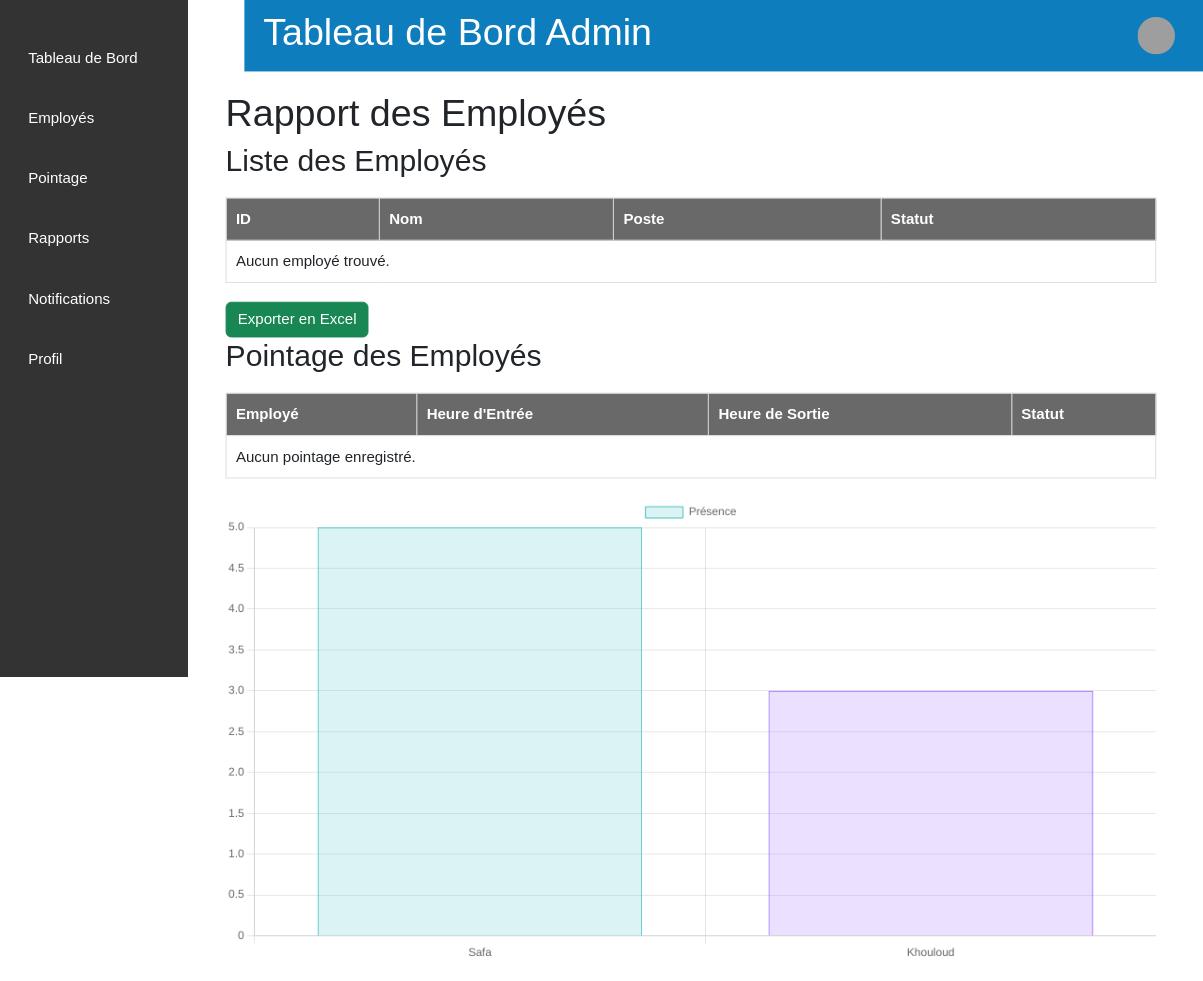
Repository: safa39652/projet-de-developpement-
Page: templates/admin/rapport.html.twig
These files come from the project's save history. The page is drawn as it stood at one moment and after the next save; the edit follows.
The browser window is 1280 px wide. The pictures show the whole page, at 94% of full size.
Pictures or frames that could not be fetched are drawn as grey boxes. Some web libraries are served in a nearby version. The page is a Twig template of a Symfony application; nobody is signed in and links lead nowhere. The template is opened directly, without the code that normally fills it, so the values that code supplies are empty.

Above is the page before, as saved 2024-12-19 01:17:47.

### templates/admin/rapport.html.twig
{% extends 'base.html.twig' %}

{% block title %}Rapport des Employés{% endblock %}

{% block body %}
    <h1>Rapport des Employés</h1>

    <h2>Liste des Employés</h2>
    <table border="1" cellpadding="10">
        <thead>
            <tr>
                <th>ID</th>
                <th>Nom</th>
                <th>Poste</th>
                <th>Statut</th>
            </tr>
        </thead>
        <tbody>
            {% for employe in employes %}
                <tr>
                    <td>{{ employe.id }}</td>
                    <td>{{ employe.nom }}</td>
                    <td>{{ employe.poste }}</td>
                    <td>{{ employe.statut ? 'Actif' : 'Inactif' }}</td>
                </tr>
            {% else %}
                <tr>
                    <td colspan="4">Aucun employé trouvé.</td>
                </tr>
            {% endfor %}
        </tbody>
    </table>
    <a href="{{ path('admin_rapport_export') }}" class="btn btn-success">Exporter en Excel</a>


    <h2>Pointage des Employés</h2>
    <table border="1" cellpadding="10">
        <thead>
            <tr>
                <th>Employé</th>
                <th>Heure d'Entrée</th>
                <th>Heure de Sortie</th>
                <th>Statut</th>
            </tr>
        </thead>
        <tbody>
            {% for pointage in pointages %}
                <tr>
                    <td>{{ pointage.employe }}</td>
                    <td>{{ pointage.heureEntree|date('H:i') }}</td>
                    <td>{{ pointage.heureSortie ? pointage.heureSortie|date('H:i') : 'Non définie' }}</td>
                    <td>{{ pointage.statut }}</td>
                </tr>
            {% else %}
                <tr>
                    <td colspan="4">Aucun pointage enregistré.</td>
                </tr>
            {% endfor %}
        </tbody>
    </table>
    <script src="https://cdn.jsdelivr.net/npm/chart.js"></script>

<canvas id="graphPresence" width="400" height="200"></canvas>
<script>
    const ctx = document.getElementById('graphPresence').getContext('2d');
    const graphPresence = new Chart(ctx, {
        type: 'bar',
        data: {
            labels: ['Safa', 'Khouloud'], // Noms des employés
            datasets: [{
                label: 'Présence',
                data: [5, 3], // Remplissez avec les données dynamiques
                backgroundColor: ['rgba(75, 192, 192, 0.2)', 'rgba(153, 102, 255, 0.2)'],
                borderColor: ['rgba(75, 192, 192, 1)', 'rgba(153, 102, 255, 1)'],
                borderWidth: 1
            }]
        },
        options: {
            scales: {
                y: { beginAtZero: true }
            }
        }
    });
</script>

{% endblock %}

### templates/base.html.twig
<!DOCTYPE html>
<html lang="fr">
  <head>
    <meta charset="UTF-8" />
    <meta name="viewport" content="width=device-width, initial-scale=1.0" />
    <title>Admin Dashboard</title>
    <link rel="stylesheet" href="{{ asset('css/style.css') }}" />
    <script src="https://cdn.jsdelivr.net/npm/chart.js"></script>
    <script src="https://cdn.jsdelivr.net/npm/jquery@3.6.0/dist/jquery.min.js"></script>
    <script src="https://cdn.jsdelivr.net/npm/moment@2.29.1/moment.min.js"></script>
    <script src="https://cdn.jsdelivr.net/npm/fullcalendar@3.2.0/dist/fullcalendar.min.js"></script>
    <link href="https://cdn.jsdelivr.net/npm/bootstrap@5.3.0/dist/css/bootstrap.min.css" rel="stylesheet">
    <script src="https://cdn.jsdelivr.net/npm/bootstrap@5.3.0/dist/js/bootstrap.bundle.min.js"></script>
    <style>
    body {
        font-family: Arial, sans-serif;
        margin: 0;
        padding: 0;
      }

      #calendar {
        margin: 10px;
        width: 30%;
        margin-left: auto;
        margin-right: auto;
      }

      header {
        display: flex;
        justify-content: space-between;
        align-items: center;
        padding: 10px 20px;
        background-color: #0d7dbe;
        color: #fff;
      }
      .sidebar {
        width: 200px;
        position: fixed;
        top: 0;
        left: 0;
        height: 100%;
        background-color: #333;
        padding: 20px;
        color: #fff;
      }
      .sidebar ul {
        list-style-type: none;
        padding: 0;
      }
      .sidebar ul li {
        margin: 20px 0;
      }
      .sidebar ul li a {
        text-decoration: none;
        color: #fff;
        display: block;
      }
      main {
        margin-left: 220px;
        padding: 20px;
      }
      .card {
        background-color: #fff;
        border: 1px solid #ddd;
        border-radius: 8px;
        padding: 15px;
        margin-bottom: 15px;
        box-shadow: 0 2px 4px rgba(0, 0, 0, 0.1);
      }
      .admin-profile {
        display: flex;
        align-items: center;
      }
      .avatar {
        width: 40px;
        height: 40px;
        border-radius: 50%;
      }
      .dropdown-menu {
        display: none;
        position: absolute;
        top: 50px;
        right: 10px;
        background: #fff;
        border: 1px solid #ccc;
        border-radius: 5px;
        width: 150px;
      }
      .dropdown-menu a {
        display: block;
        padding: 10px;
        text-decoration: none;
        color: #333;
      }
      .dropdown-menu a:hover {
        background-color: #f0f0f0;
      }
      .avatar-container:hover .dropdown-menu {
        display: block;
      }
      footer {
        text-align: center;
        margin-top: 20px;
        padding: 10px;
        background-color: #333;
        color: #fff;
      }
    </style>
  </head>
<body>
    <header>
      <h1>Tableau de Bord Admin</h1>
      <div class="admin-profile">
        <div class="avatar-container">
          <img
            src="https://img.icons8.com/color/512w/administrator-male.png"
            alt="Admin Avatar"
            class="avatar"
          />
          <div class="dropdown-menu">
            <a href="{{ path('app_front_profile') }}">Voir Profil</a>
            <a href="{{ path('app_home') }}">Se Déconnecter</a>
          </div>
        </div>
      </div>
    </header>
    <aside class="sidebar">
      <ul>
        <li><a href="{{ path('app_front_dashboard')}}">Tableau de Bord</a></li>
        <li><a href="{{ path('employe_list')}}">Employés</a></li>
        <li><a href="#attendance">Pointage</a></li>
        <li><a href="#reports">Rapports</a></li>
        <li><a href="#notifications">Notifications</a></li>
        <li><a href="{{ path('app_front_profile') }}">Profil</a></li>
      </ul>
    </aside>
    <main>
      {% block body %}{% endblock %}
    </main>

  </body>
</html>

### public/css/Style.css
/* General Styles */
body {
  margin: 0;
  font-family: Arial, sans-serif;
  display: flex;
  flex-direction: column;
  min-height: 100vh;
  color: #333;
  background-color: #f4f7fc;
}

h2 {
  margin: 20px 0;
  font-size: 24px;
  color: #444;
}

/* Sidebar */


.sidebar ul {
  list-style: none;
  padding: 0;
  margin: 0;
}

.sidebar ul li {
  margin: 15px 0;
}

.sidebar ul li a {
  text-decoration: none;
  color: #fff;
  display: block;
  padding: 10px;
  border-radius: 5px;
  transition: background 0.3s ease;
}

.sidebar ul li a:hover {
  background-color: #575757;
}

/* Header */
header {
  display: flex;
  justify-content: space-between;
  align-items: center;
  background-color: #7d817d;
  color: #fff;
  padding: 10px 20px;
  margin-left: 260px;
}

header .admin-profile {
  display: flex;
  align-items: center;
}

header .avatar {
  width: 40px;
  height: 40px;
  border-radius: 50%;
  margin-right: 10px;
}

header .sign-out {
  margin-left: 20px;
  text-decoration: none;
  color: #fff;
  padding: 5px 10px;
  background-color: #0f0f0f;
  border-radius: 5px;
  transition: background 0.3s ease;
}

header .sign-out:hover {
  background-color: #e64a19;
}

/* Main Content */
main {
  margin-left: 250px;
  padding: 20px;
  width: calc(100% - 250px);
}

/* Dashboard Cards */
.cards-container {
  display: flex;
  gap: 20px;
}

.card {
  background-color: #f9f9f9;
  padding: 20px;
  border-radius: 5px;
  box-shadow: 0 2px 4px rgba(0, 0, 0, 0.1);
  flex: 1;
  text-align: center;
}

.card h3 {
  margin-bottom: 10px;
}

.card p {
  font-size: 24px;
  color: #4e4d50;
}

/* Employee Table */
table {
  width: 100%;
  border-collapse: collapse;
  margin: 20px 0;
}

table th,
table td {
  padding: 10px;
  text-align: left;
  border: 1px solid #ddd;
}

table th {
  background-color: #696969;
  color: white;
}

table tr:nth-child(even) {
  background-color: #f9f9f9;
}

table tr:hover {
  background-color: #f1f1f1;
}

/* Notifications */
#notifications ul {
  list-style: none;
  padding: 0;
}

#notifications ul li {
  background-color: #fff8e1;
  padding: 10px;
  margin: 10px 0;
  border-left: 5px solid #ff9800;
  border-radius: 3px;
}



/* Footer */
footer {
  background-color: #333;
  color: #fff;
  text-align: center;
  padding: 10px 20px;
  margin-top: auto;
}

/* Modal */
.modal {
  position: fixed;
  top: 50%;
  left: 50%;
  transform: translate(-50%, -50%);
  background-color: #fff;
  padding: 20px;
  box-shadow: 0 4px 8px rgba(0, 0, 0, 0.2);
  border-radius: 8px;
  z-index: 1000;
  width: 400px;
  display: none;
}

.modal.visible {
  display: block;
}

.modal h2 {
  margin-top: 0;
  color: #444;
}

.modal button {
  background-color: #e74c3c;
  color: white;
}

.modal button.close-modal {
  margin-top: 10px;
  background-color: #555;
}

.modal button.close-modal:hover {
  background-color: #333;
}

/* Chart Container */
.chart-container {
  display: block;
  box-sizing: border-box;
  height: 350px; /* Adjusted for better visibility */
  width: 100%;
  max-width: 600px; /* Ensuring responsiveness */
  margin: 0 auto;
}

.card {
  background-color: #fff;
  box-shadow: 0 4px 6px rgba(0, 0, 0, 0.1);
  margin: 20px;
  padding: 20px;
  border-radius: 8px;
}

.card h3 {
  margin-bottom: 20px;
}

After the next save:
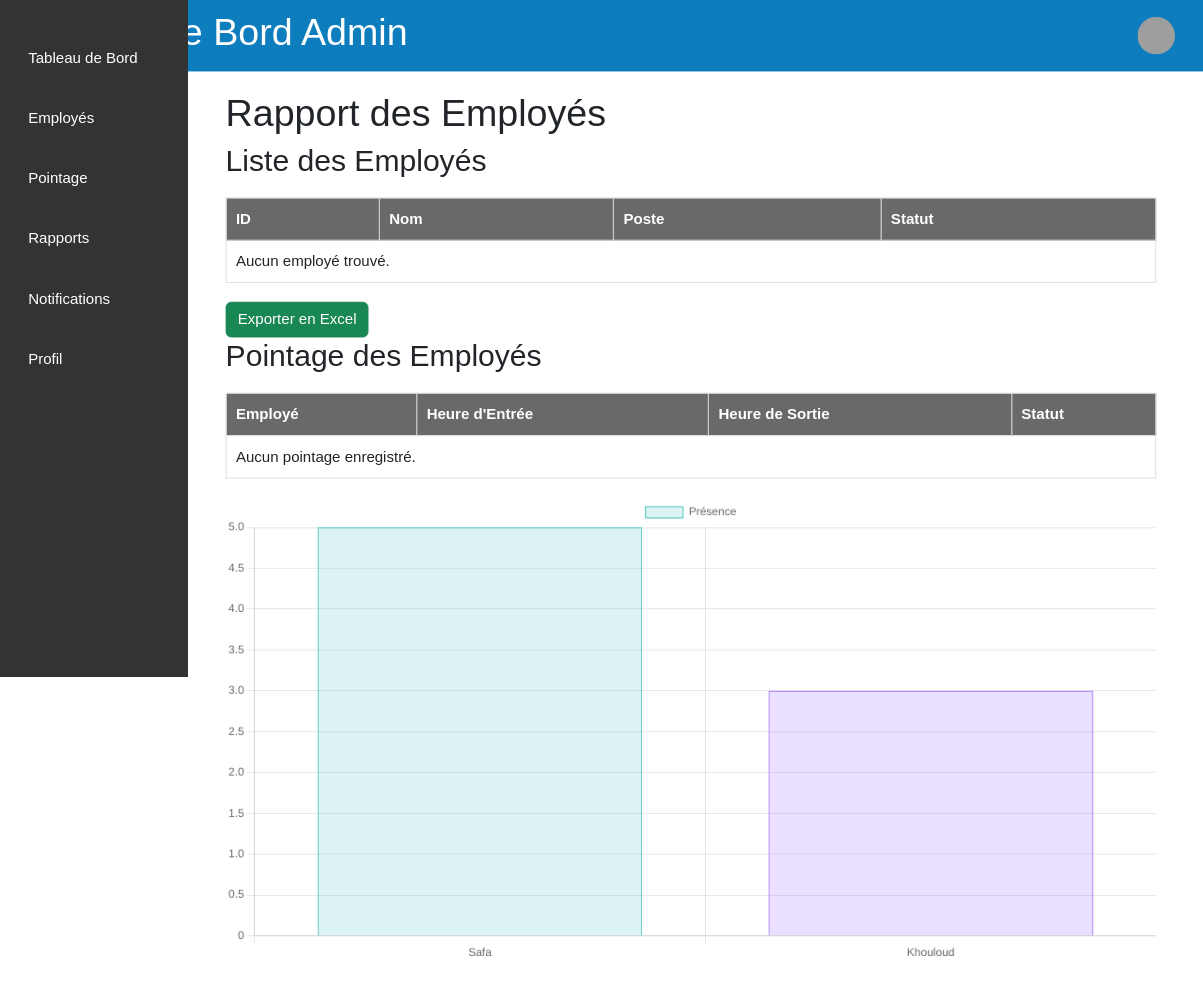
Saved 32 s later.
--- a/public/css/Style.css
+++ b/public/css/Style.css
@@ -42,15 +42,7 @@
 }
 
 /* Header */
-header {
-  display: flex;
-  justify-content: space-between;
-  align-items: center;
-  background-color: #7d817d;
-  color: #fff;
-  padding: 10px 20px;
-  margin-left: 260px;
-}
+
 
 header .admin-profile {
   display: flex;

After the 3 saves that followed:
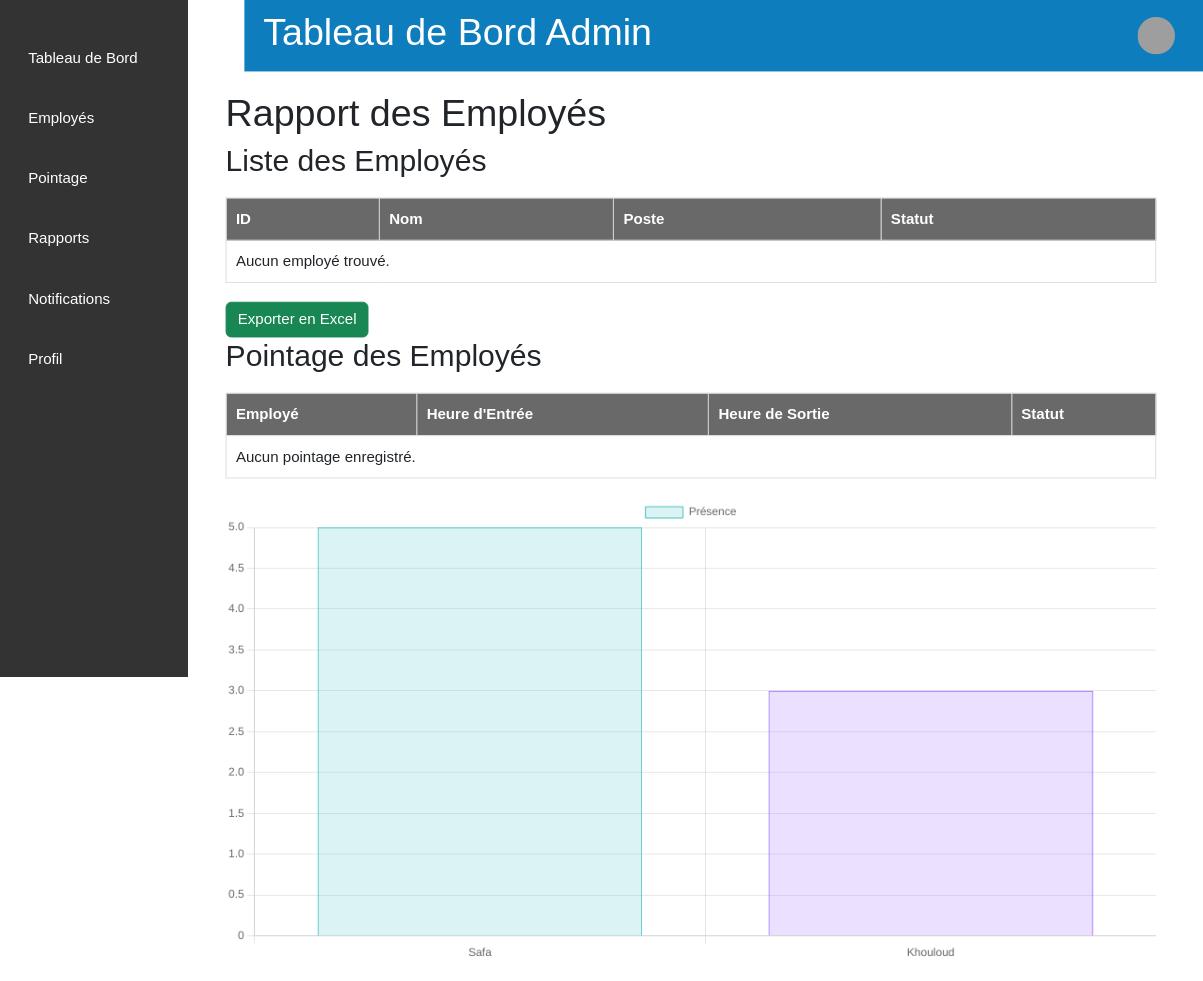
The 3 saves are shown as one change because 2 left the picture as it was.
The last was saved 3 min 0 s later.
--- a/public/css/Style.css
+++ b/public/css/Style.css
@@ -16,7 +16,18 @@
 }
 
 /* Sidebar */
-
+.sidebar {
+  width: 210px;
+  background-color: #333;
+  color: #fff;
+  height: 100vh;
+  position: fixed;
+  top: 0;
+  left: 0;
+  display: flex;
+  flex-direction: column;
+  padding: 10px;
+}
 
 .sidebar ul {
   list-style: none;
@@ -42,7 +53,15 @@
 }
 
 /* Header */
-
+header {
+  display: flex;
+  justify-content: space-between;
+  align-items: center;
+  background-color: #7d817d;
+  color: #fff;
+  padding: 10px 20px;
+  margin-left: 260px;
+}
 
 header .admin-profile {
   display: flex;
@@ -142,7 +161,39 @@
   border-radius: 3px;
 }
 
-
+/* Forms */
+form {
+  max-width: 500px;
+  margin: 20px 0;
+  display: flex;
+  flex-direction: column;
+}
+
+form label {
+  margin-bottom: 5px;
+}
+
+form input,
+form select,
+form button {
+  margin-bottom: 15px;
+  padding: 10px;
+  font-size: 16px;
+  border: 1px solid #ccc;
+  border-radius: 5px;
+}
+
+form button {
+  background-color: #696969;
+  color: white;
+  border: none;
+  cursor: pointer;
+  transition: background 0.3s ease;
+}
+
+form button:hover {
+  background-color: #555;
+}
 
 /* Footer */
 footer {
